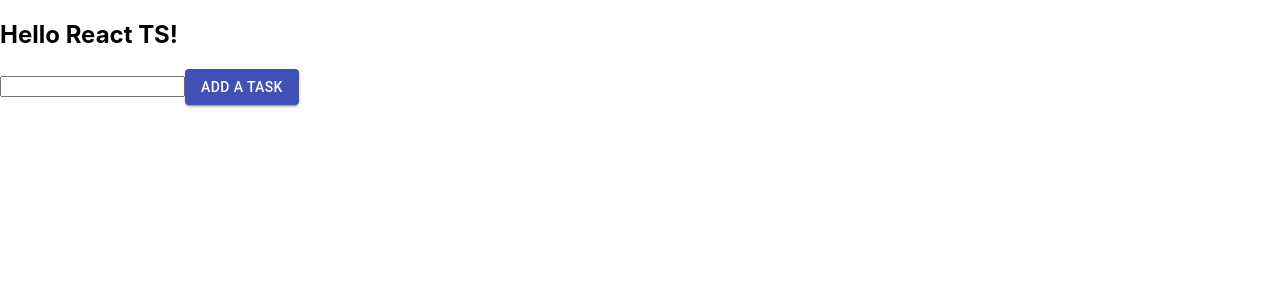
Repository: Salvaaragon/ItemListReact
Page: /
These files come from the project's save history. The page is drawn as it stood at one moment and after the next save; the edit follows.
The browser window is 1280 px wide. The pictures show the whole page.
The project was rebuilt for these pictures with package versions that can differ from the ones it lists, and the page was loaded fresh each time. Also part of the build but not shown: src/components/TasksListItem.tsx.

Above is the page before, as saved 2019-08-04 11:20:38.

After the next save:
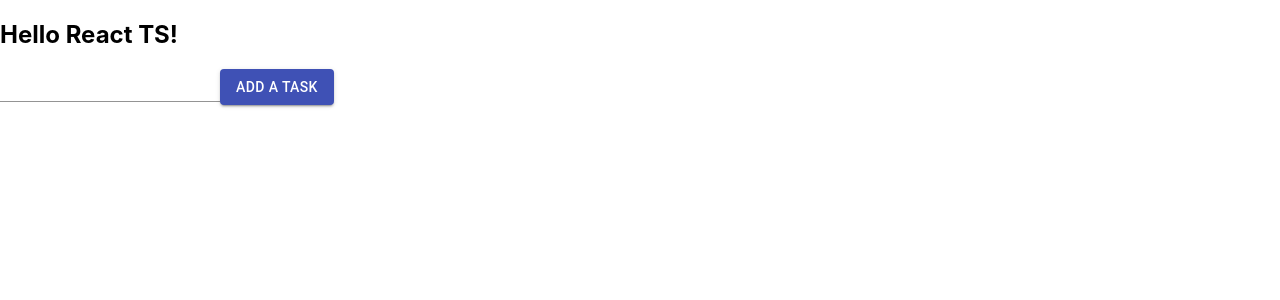
Saved 8 s later.
--- a/src/components/NewTaskForm.tsx
+++ b/src/components/NewTaskForm.tsx
@@ -16,7 +16,7 @@ export const NewTaskForm: FunctionComponent<Props> = ({
     task
 }) => (
     <form onSubmit={onAdd}>
-        <input onChange={onChange} value={task.name}/>
+        <Input onChange={onChange} value={task.name}/>
         <Button variant="contained" color="primary" type="submit">Add a task</Button>
     </form>
 );
